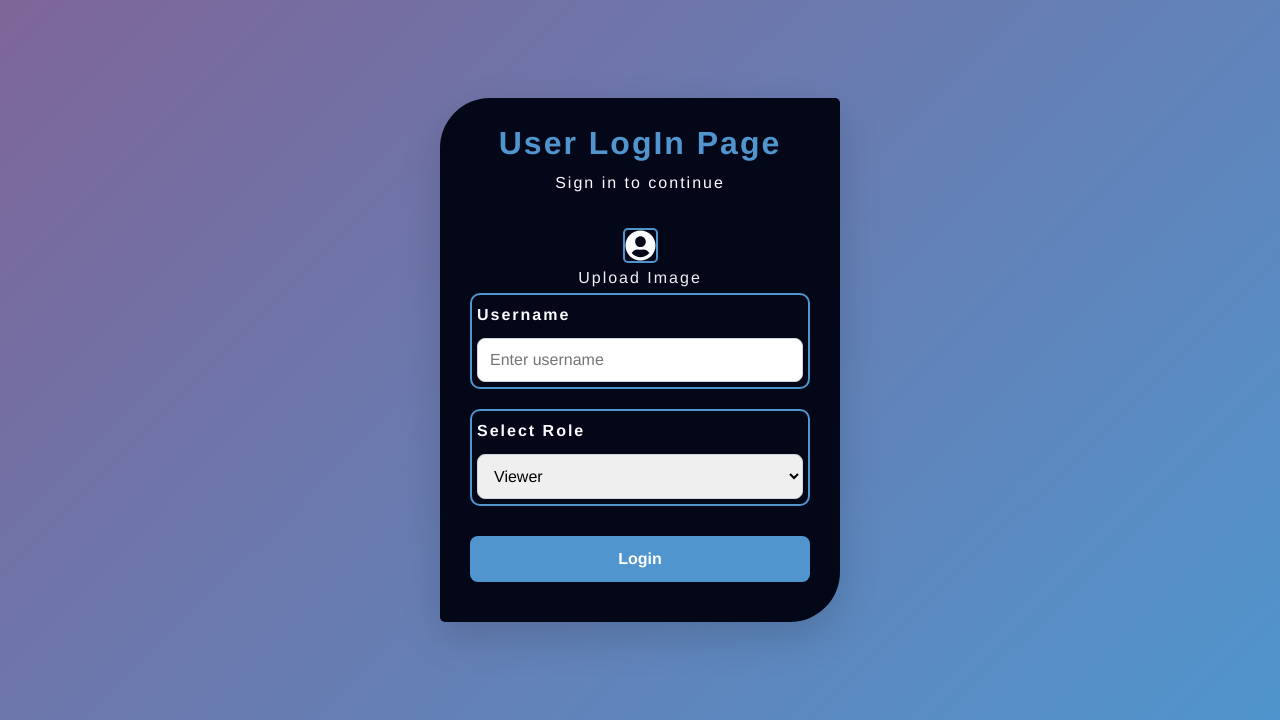
Repository: SolomonChinonso/myUserDashboard
Page: / (app in my-user-dashboard-app/)
An editor plug-in stored every save of this project. The page is shown before and after the next save, followed by the edit.
The browser window is 1280 px wide. The pictures show the whole page.
The project was rebuilt for these pictures with package versions that can differ from the ones it lists, and the page was loaded fresh each time. Also part of the build but not shown: my-user-dashboard-app/vite.config.ts, my-user-dashboard-app/src/App.css, my-user-dashboard-app/src/pages/global.css, my-user-dashboard-app/src/pages/Dashboard.tsx, my-user-dashboard-app/src/pages/Profile.tsx, my-user-dashboard-app/src/pages/Settings.tsx, my-user-dashboard-app/src/components/Navbar.tsx, my-user-dashboard-app/src/components/ProtectedRoute.tsx.

Above is the page before, as saved 2026-05-31 16:19:46.

### my-user-dashboard-app/index.html
<!doctype html>
<html lang="en">
  <head>
    <meta charset="UTF-8" />
    <link rel="icon" type="image/svg+xml" href="/favicon.svg" />
    <meta name="viewport" content="width=device-width, initial-scale=1.0" />
    <title>my-user-dashboard-app</title>
  </head>
  <body>
    <div id="root"></div>
    <script type="module" src="/src/main.tsx"></script>
  </body>
</html>

### my-user-dashboard-app/src/main.tsx
import React from "react";
import ReactDOM from "react-dom/client";
import App from "./App";
import { BrowserRouter } from "react-router-dom";
import { AuthProvider } from "./context/AuthProvider"
import "./index.css"


ReactDOM.createRoot(document.getElementById("root")!).render(
  <React.StrictMode>
    <BrowserRouter>
      <AuthProvider>
        <App />
      </AuthProvider>
    </BrowserRouter>
  </React.StrictMode>
);

### my-user-dashboard-app/src/App.tsx
import {
  Routes,
  Route,
  Navigate,
} from "react-router-dom";
import "./App.css"
import Login from "./pages/Login";
import Dashboard from "./pages/Dashboard";
import Profile from "./pages/Profile";
import Settings from "./pages/Settings";
import Navbar from "./components/Navbar";
import ProtectedRoute from "./components/ProtectedRoute";
import { useAuth } from "./hooks/useAuth";

function App() {
  const { user } = useAuth();

  return (
    <div className="app-section">
      {user && <Navbar />}

      <Routes>
        {/* Redirect homepage to login */}
        <Route
          path="/"
          element={<Navigate to="/login" replace />}
        />

        <Route
          path="/login"
          element={<Login />}
        />

        <Route
          path="/dashboard"
          element={
            <ProtectedRoute>
              <Dashboard />
            </ProtectedRoute>
          }
        />

        <Route
          path="/profile"
          element={
            <ProtectedRoute>
              <Profile />
            </ProtectedRoute>
          }
        />

        <Route
          path="/settings"
          element={
            <ProtectedRoute adminOnly>
              <Settings />
            </ProtectedRoute>
          }
        />

        {/* Catch-all route */}
        <Route
          path="*"
          element={<Navigate to="/login" replace />}
        />
      </Routes>
    </div>
  );
}

export default App;

### my-user-dashboard-app/src/context/AuthProvider.tsx
import {
  useState,
  type ReactNode,
} from "react";

import type { User } from "../types/user";

import { AuthContext } from "./AuthContext";

interface AuthProviderProps {
  children: ReactNode;
}

export const AuthProvider = ({
  children,
}: AuthProviderProps) => {
  const [user, setUser] =
    useState<User | null>(null);

  const login = (userData: User) => {
    setUser(userData);
  };

  const logout = () => {
    setUser(null);
  };

  return (
    <AuthContext.Provider
      value={{
        user,
        login,
        logout,
      }}
    >
      {children}
    </AuthContext.Provider>
  );
};

### my-user-dashboard-app/src/index.css
*{
    margin: 0;
    padding: 0;
    font-family: 'Franklin Gothic Medium', 'Arial Narrow', Arial, sans-serif;
    box-sizing: border-box;


}
body{
   height: 100vh;
   min-height: 100%;
    letter-spacing: 2px;
    background:  linear-gradient(
    135deg,
    #7e6598,
    #5095cd);
    background-repeat:no-repeat;
    color: #5095cd;
}

### my-user-dashboard-app/src/pages/Login.tsx
import { FaUserCircle } from "react-icons/fa";
import { useState } from "react";
import { useNavigate } from "react-router-dom";
import { useAuth } from "../hooks/useAuth";
import "./Login.css";

const Login = () => {
  const [username, setUsername] = useState("");
  const [role, setRole] = useState("Viewer");

  const { login } = useAuth();
  const navigate = useNavigate();

  const handleLogin = () => {
    login({
      username,
      role: role as "Admin" | "Editor" | "Viewer",
    });

    navigate("/dashboard");
  };

  return (
    <div className="login-page">
      <div className="login-card">
        <h1>User LogIn Page</h1>
        <p className="subtitle">
          Sign in to continue
        </p>
        <span>
          <FaUserCircle size={35} className="profile-pix" />
          <p>Upload Image</p>
        </span>
        <div className="form-group">
          <label>Username</label>
          <input
            type="text"
            placeholder="Enter username"
            value={username}
            onChange={(e) =>
              setUsername(e.target.value)
            }
          />
        </div>

        <div className="form-group">
          <label>Select Role</label>
          <select
            value={role}
            onChange={(e) =>
              setRole(e.target.value)
            }
          >
            <option>Admin</option>
            <option>Editor</option>
            <option>Viewer</option>
          </select>
        </div>

        <button
          className="login-btn"
          onClick={handleLogin}
        >
          Login
        </button>
      </div>
    </div>
  );
};

export default Login;

### my-user-dashboard-app/src/hooks/useAuth.ts
import { useContext } from "react";

import { AuthContext } from "../context/AuthContext";

export const useAuth = () => {
  const context = useContext(AuthContext);

  if (!context) {
    throw new Error(
      "useAuth must be used inside AuthProvider"
    );
  }

  return context;
};

### my-user-dashboard-app/src/context/AuthContext.ts
import { createContext } from "react";

import type { User } from "../types/user";

export interface AuthContextType {
  user: User | null;
  login: (user: User) => void;
  logout: () => void;
}
export const AuthContext =
  createContext<AuthContextType | null>(null);

### my-user-dashboard-app/src/pages/Login.css
/* Full page layout */
.login-page {
  min-height: 100vh;

  display: flex;
  justify-content: center;
  align-items: center;
  margin-top: 0;
  padding: 20px;
}

/* Login card */
.login-card {
  width: 100%;
  max-width: 400px;
  height: 100%;
  background: #040717;
  padding: 30px;
  border-radius: 50px 5px;
  display: flex;
  flex-direction: column;
  justify-content: center;
  align-items: center;
  box-shadow: 0 15px 40px
    rgba(0, 0, 0, 0.15);
  line-height: 30px;
  text-align: center;
}

.profile-pix{
    /* margin-bottom: 20px; */
    background: transparent;
    border-radius: 5px;
    border: 2px solid #5095cd;
    color: #fbfcfe;
}
/* Heading */
.login-card h1 {
  margin-bottom: 10px;
  color: #5095cd;
}

.subtitle {
  color: #fafcfe;
  margin-bottom: 30px;
}

/* Form group */
.form-group {
    border: 2px solid #5095cd;
    width: 100%;
    border-radius: 10px;
    padding: 5px;
  display: flex;
  flex-direction: column;
  text-align: left;
  margin-bottom: 20px;
}

.form-group label {
  margin-bottom: 8px;
  font-weight: 600;
  color: #fbfcfe;
}

/* Inputs */
.form-group input,
.form-group select {
  padding: 12px;
  border: 1px solid #d1d5db;
  border-radius: 8px;

  font-size: 16px;
  outline: none;

  transition: 0.3s ease;
}

.form-group input:focus,
.form-group select:focus {
  border-color: #4f46e5;
  box-shadow: 0 0 0 3px
    rgba(79, 70, 229, 0.15);
}

/* Button */
.login-btn {
  width: 100%;
  padding: 14px;

  border: none;
  border-radius: 8px;

  background: #5095cd;
  color: white;

  font-size: 16px;
  font-weight: bold;

  cursor: pointer;
  transition: 0.3s ease;
}

.login-btn:hover {
  background: #4338ca;
  transform: translateY(-2px);
}

### my-user-dashboard-app/src/components/Navbar.css
nav{
    background: rgb(48, 4, 59);
    display: flex;
    justify-content: space-between;
    align-items: center;
    /* margin: 20px; */
    /* padding: 10px; */
    /* max-width: 100vw; */
    /* width: 100%; */
    /* flex-wrap: wrap; */
    /* border-radius: 50px; */

}
nav .logo{
    font-family: system-ui, -apple-system, BlinkMacSystemFont, 'Segoe UI', Roboto, Oxygen, Ubuntu, Cantarell, 'Open Sans', 'Helvetica Neue', sans-serif;
    font-style: oblique;
    background: transparent;
    margin: 10px;
    padding: 5px 10px;
    width: 100px;
   border-radius: 50%;
    display: flex;
    flex-direction: column;
    text-align: center;
    border: 2px solid rgb(117, 180, 222);;
}
.links{
    display: flex;
    gap: 5px;

}
a{
    font-family: Arial, Helvetica, sans-serif;
    text-decoration: none;
    color: rgb(224, 224, 240);
   font-size: large;
   font-weight: 700;
}
button{
    font-size: 1rem;
    color: #f3f3f8;
    padding: 5px 10px;
    margin: 10px;
    border: 2px solid rgb(117, 180, 222);
    border-radius: 50px;
    background: transparent;
    cursor: pointer;
    transition: 0.3s ease-in-out;
}
span{
    display: flex;
    flex-direction: column;
    justify-content: center;
    align-items: center;

    color: rgb(240, 240, 244);
}
.profile{
    display: flex;
}

After the next save:
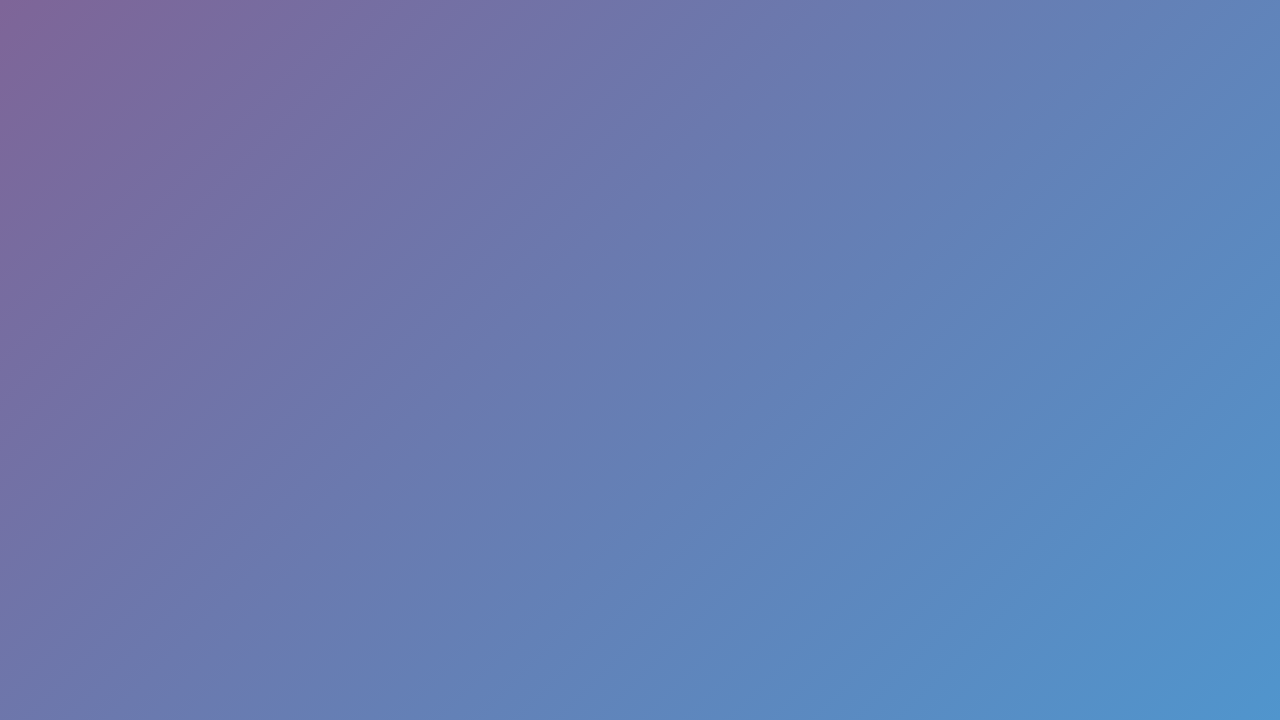
Saved 47 s later.
--- a/my-user-dashboard-app/src/App.tsx
+++ b/my-user-dashboard-app/src/App.tsx
@@ -23,7 +23,7 @@
         {/* Redirect homepage to login */}
         <Route
           path="/"
-          element={<Navigate to="/login" replace />}
+          element={<Navigate to="/" replace />}
         />
 
         <Route

After the save that followed:
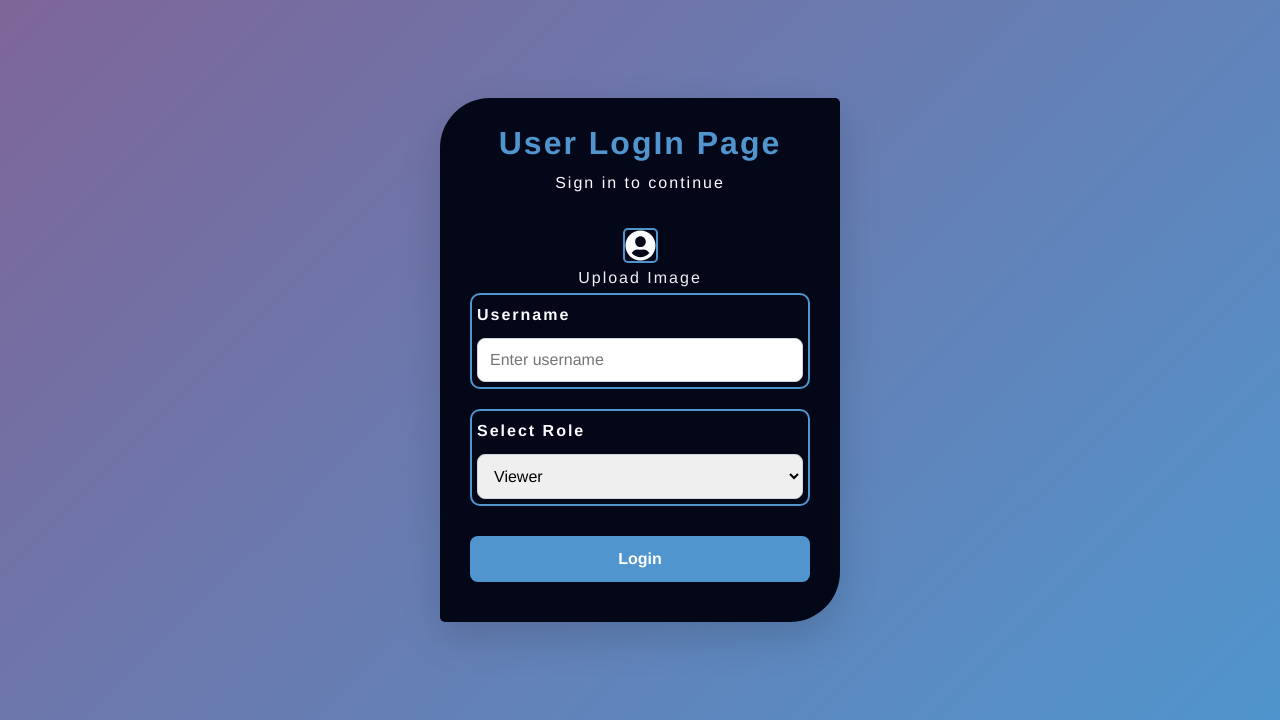
Saved 37 s later.
--- a/my-user-dashboard-app/src/App.tsx
+++ b/my-user-dashboard-app/src/App.tsx
@@ -23,7 +23,7 @@
         {/* Redirect homepage to login */}
         <Route
           path="/"
-          element={<Navigate to="/" replace />}
+          element={<Navigate to="/login" replace />}
         />
 
         <Route
